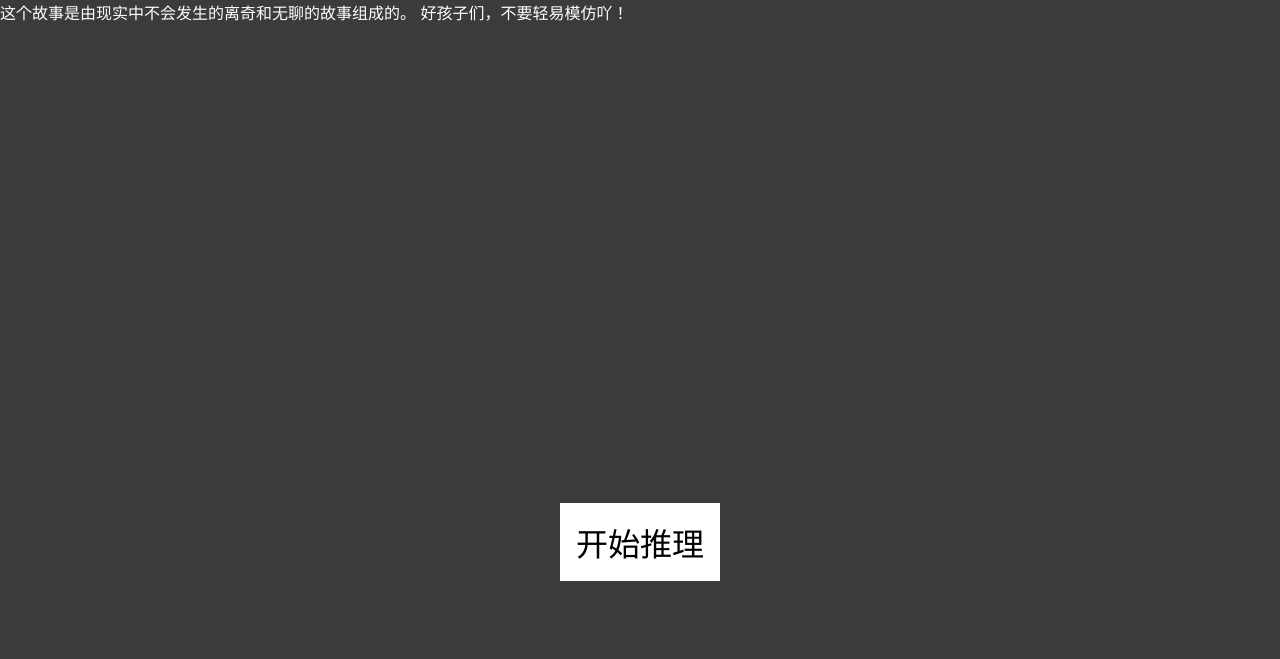
Repository: Jofali/reasoning-genius
Page: /
These files come from the project's save history. The page is drawn as it stood at one moment and after the next save; the edit follows.
The browser window is 1280 px wide. The pictures show the whole page.
The project was rebuilt for these pictures with package versions that can differ from the ones it lists, and the page was loaded fresh each time. Also part of the build but not shown: src/part1/part1.css, src/part1/part1.js, src/part2/part2.css, src/part2/part2.js, src/title/title.css, src/title/title.js, src/inventory/inventory.css, src/inventory/inventory.js and 2 more.

Above is the page before, as saved 2019-05-22 17:35:13.

### public/index.html
<!DOCTYPE html>
<html lang="en">
  <head>
    <meta charset="utf-8" />
    <link rel="shortcut icon" href="%PUBLIC_URL%/favicon.ico" />
    <meta name="viewport" content="width=device-width, initial-scale=1" />
    <meta name="theme-color" content="#000000" />
    <!--
      manifest.json provides metadata used when your web app is installed on a
      user's mobile device or desktop. See https://developers.google.com/web/fundamentals/web-app-manifest/
    -->
    <link rel="manifest" href="%PUBLIC_URL%/manifest.json" />
    <!--
      Notice the use of %PUBLIC_URL% in the tags above.
      It will be replaced with the URL of the `public` folder during the build.
      Only files inside the `public` folder can be referenced from the HTML.

      Unlike "/favicon.ico" or "favicon.ico", "%PUBLIC_URL%/favicon.ico" will
      work correctly both with client-side routing and a non-root public URL.
      Learn how to configure a non-root public URL by running `npm run build`.
    -->
    <title>Reasoning Genius</title>
  </head>
  <body>
    <noscript>You need to enable JavaScript to run this app.</noscript>
    <div id="root"></div>
    <!--
      This HTML file is a template.
      If you open it directly in the browser, you will see an empty page.

      You can add webfonts, meta tags, or analytics to this file.
      The build step will place the bundled scripts into the <body> tag.

      To begin the development, run `npm start` or `yarn start`.
      To create a production bundle, use `npm run build` or `yarn build`.
    -->
  </body>
</html>

### src/index.css
body {
  margin: 0;
  font-family: -apple-system, BlinkMacSystemFont, "Segoe UI", "Roboto", "Oxygen",
    "Ubuntu", "Cantarell", "Fira Sans", "Droid Sans", "Helvetica Neue",
    sans-serif;
  -webkit-font-smoothing: antialiased;
  -moz-osx-font-smoothing: grayscale;
}

code {
  font-family: source-code-pro, Menlo, Monaco, Consolas, "Courier New",
    monospace;
}

#root {
  height: 100%;
}

*{
  padding: 0;
  margin: 0;
}

html,body {
  height: 100%;
}

.sw-enter {
  opacity: 0;
}
.sw-enter-active {
  opacity: 1;
  transform: translateX(0);
  transition: opacity 300ms, transform 300ms;
}
.sw-exit {
  opacity: 1;
}
.sw-exit-active {
  opacity: 0;
  transition: opacity 300ms, transform 300ms;
}

### src/App.js
import React, { Component } from 'react';
import { CSSTransition } from 'react-transition-group';

import Partwrap from './partwrap/partwrap';
import Begin from './begin/begin';

import './App.css';
import arrNext from './assets/arrnext.svg';

class App extends Component {
  constructor(props) {
    super(props);
    this.state = {
      content: <Begin />,
      arr: arrNext,
      arrStatus: "next",
      maxPartNum: 1,
      showPart: true
    };
    this.stepTo = this.stepTo.bind(this);
  }

  partNum = 0;
  timer = null;
  stepTo() {
    if(this.partNum === this.state.maxPartNum) {
      this.partNum = 0;
    } else {
      this.partNum += 1;
    }

    this.setshow(false);
    if(this.timer !== null) {
      clearTimeout(this.timer);
    }
    this.timer = setTimeout( () => {
      switch(this.partNum)
      {
        case 0:
          this.setState({ content: <Begin /> })
          this.setState({ arrStatus: "next" });
          break;
        case 1:
          this.setState({ content: <Partwrap /> })
          this.setState({ arrStatus: "prev" })
          break;
        default:
          this.setState({ content: <Begin /> })
      }
      this.setshow(true);
    }, 300);

  }

  setshow(bool) {
    this.setState({ showPart: bool })
  }

  componentDidMount() {

  }

  render() {
    return (
        <div className="App">
          <CSSTransition
              in={this.state.showPart}
              timeout={300}
              classNames="sw"
              unmountOnExit
            >
              { this.state.content }
          </CSSTransition>
          <button className="btn-begin" onClick={this.stepTo}>开始推理</button>
        </div>
    );
  }
}

export default App;

### src/begin/begin.js
import React from 'react';

import './begin.css';
function Title() {
  return (
      <div className="begin">
        <div className="begin-content-wrap">
          这个故事是由现实中不会发生的离奇和无聊的故事组成的。
          好孩子们，不要轻易模仿吖！
        </div>
      </div>
  );
}

export default Title;

### src/App.css
.App {
  width: 100%;
  height: 100%;
  background: rgb(253,214,222);
  position: relative;
}

.App img {
  width: 100%;
}

.btn-begin {
  position:absolute;
  bottom: 100px;
  left: 50%;
  background: #fff;
  border: none;
  padding: 1rem;
  font-size: 2rem;
  transform: translate(-50%, -50%);
}

### src/begin/begin.css
.begin {
  width: 100%;
  height: 100%;
  background: rgb(59, 59, 59);
  color: #fff;
}

Loaded but not shown: src/index.js (common file); src/serviceWorker.js (common file)

After the next save:
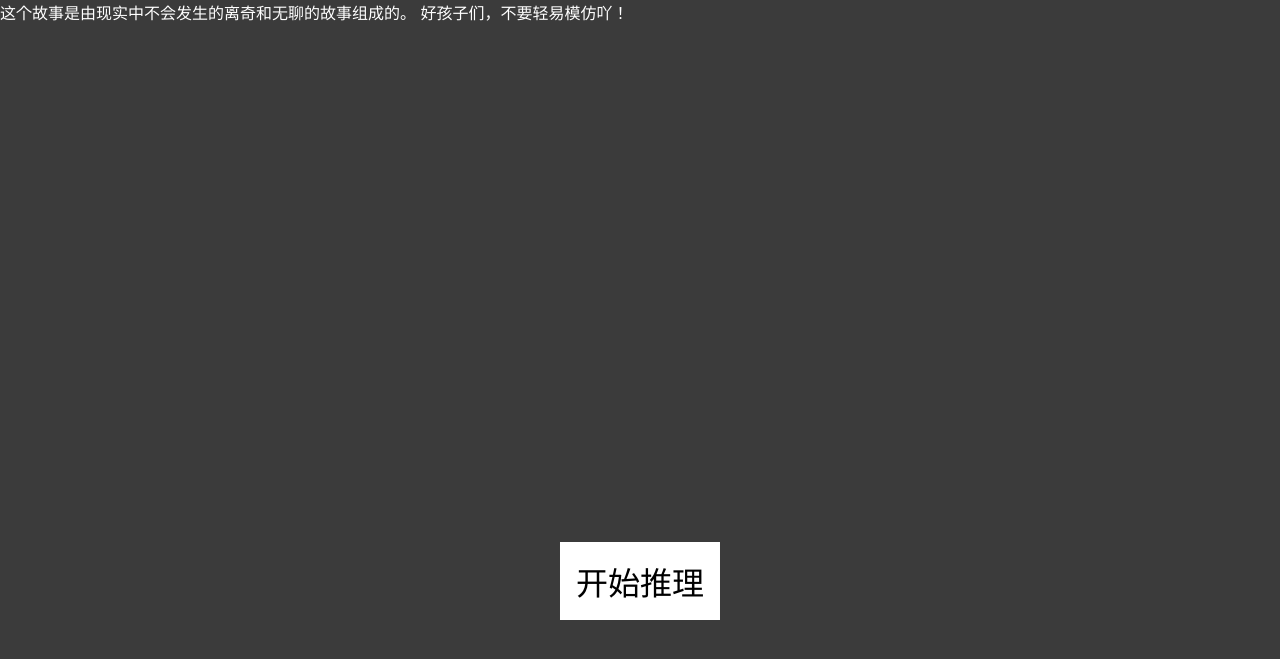
Saved 7 s later.
--- a/src/App.css
+++ b/src/App.css
@@ -17,5 +17,5 @@
   border: none;
   padding: 1rem;
   font-size: 2rem;
-  transform: translate(-50%, -50%);
+  transform: translateX(-50%);
 }
